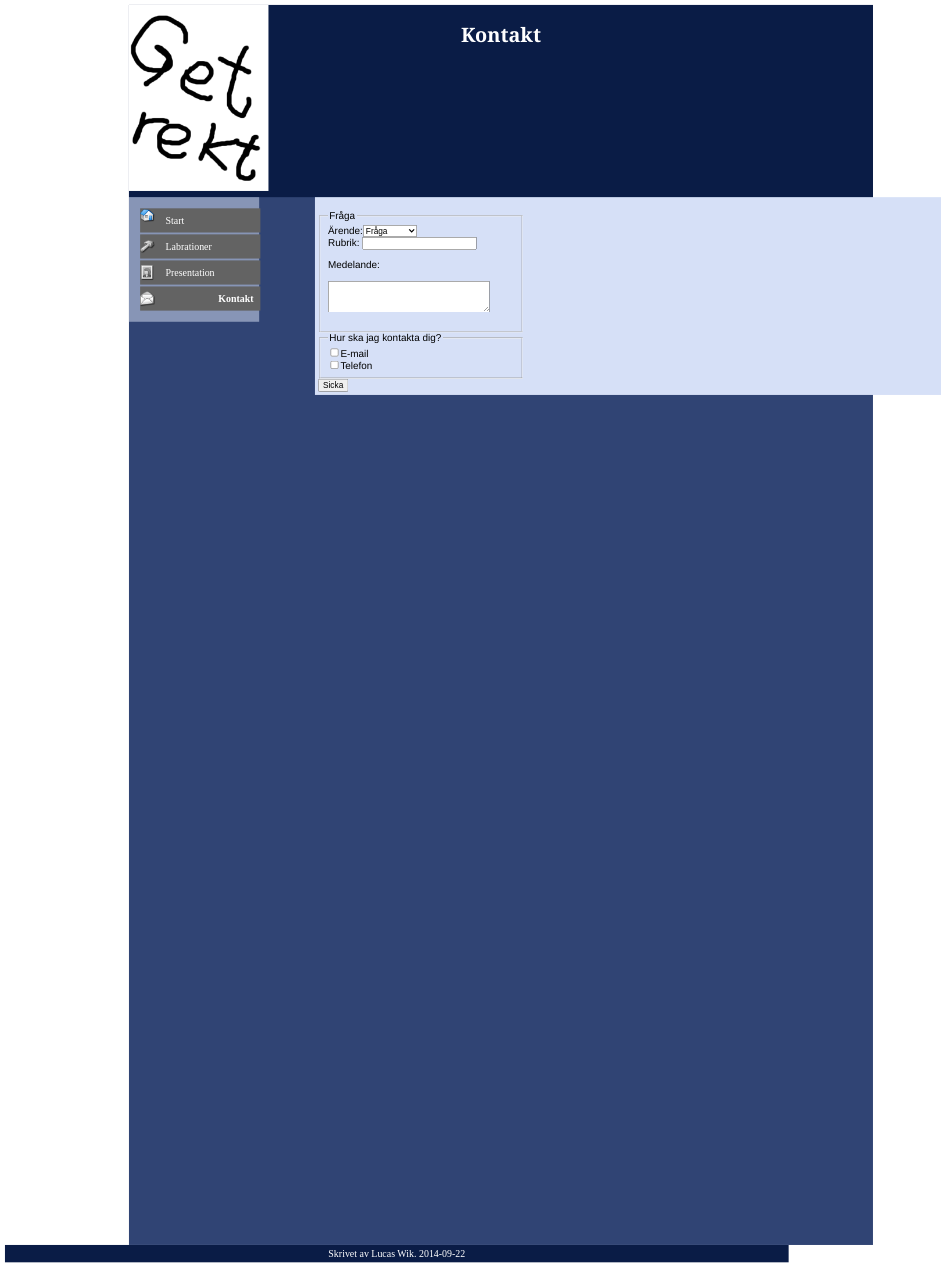
Repository: lw222gz/1ik415-laborationer
Page: Pages/kontakt.html
The author's editor kept a record of every edit. The page is drawn from the files as they stood at one moment, then again after the next edit.
The browser window is 1280 px wide. The page is 1518 px wide, then 1408 px, so the pictures cover 1518 px, including what lies to the right of the window. The pictures show the whole page, at 62% of full size.

Above is the page before.

After the next edit:
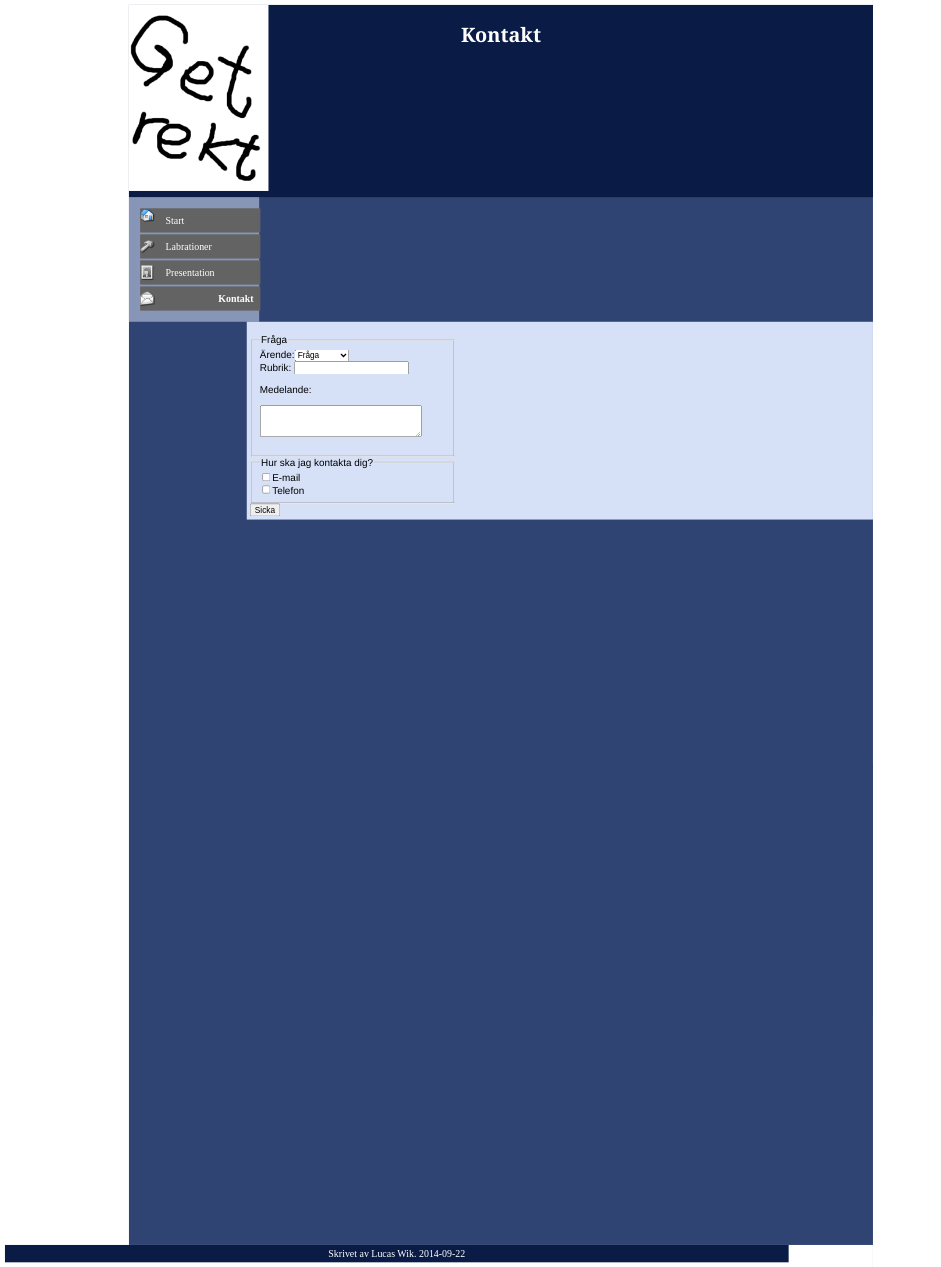
The edit:
--- a/Css/Style.css
+++ b/Css/Style.css
@@ -43,9 +43,7 @@
 #content
         {
 
-        position:absolute;
-        left:300px;
-        right:700px;
+        float:right;
 
         margin:0px;
 
